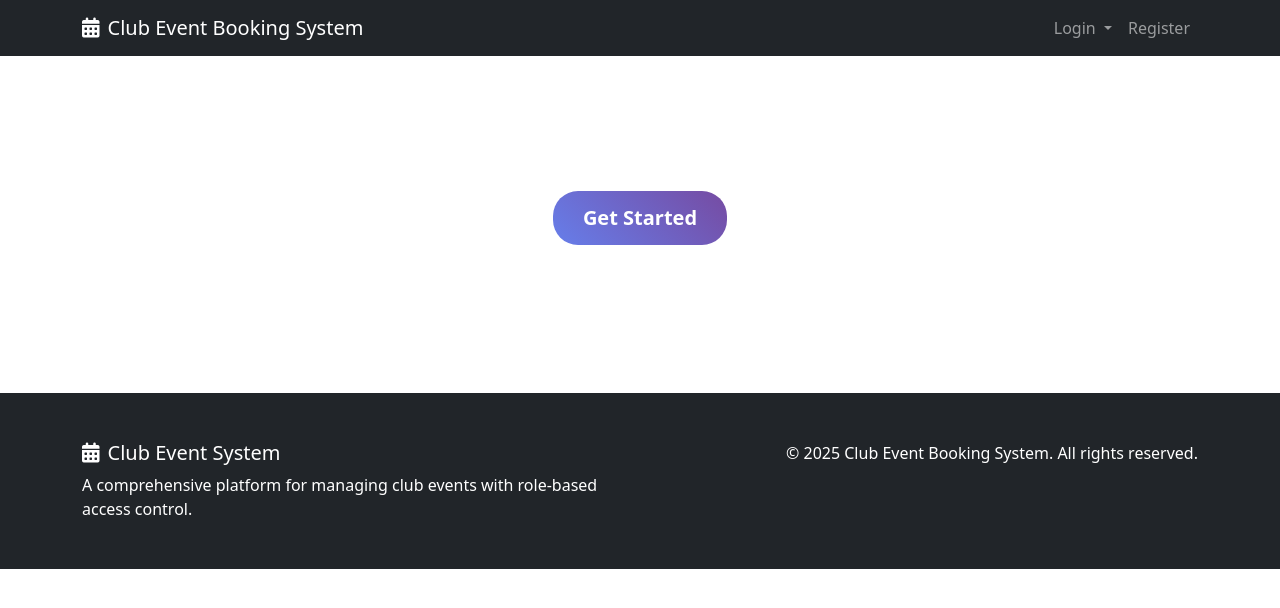
Repository: vipinsamy-sys/clubevent
Page: public/index.html
These files come from the project's save history. The page is drawn as it stood at one moment and after a run of saves; the edit follows.
The browser window is 1280 px wide. The pictures show the whole page.

Above is the page before, as saved 2025-10-20 14:30:14.

### public/index.html
<!DOCTYPE html>
<html lang="en">
<head>
    <meta charset="UTF-8">
    <meta name="viewport" content="width=device-width, initial-scale=1.0">
    <title>Club Event Booking System</title>
    <link href="https://cdn.jsdelivr.net/npm/bootstrap@5.3.3/dist/css/bootstrap.min.css" rel="stylesheet">
    <link rel="stylesheet" href="https://cdnjs.cloudflare.com/ajax/libs/font-awesome/6.5.0/css/all.min.css">
    <style>
        .main-section {
            background: linear-gradient(135deg, b 0%, #41136d 100%);
            color: white;
            padding: 100px 0;
            text-align: center;
        }
        .btn-custom {
            background: linear-gradient(45deg, #667eea, #764ba2);
            border: none;
            border-radius: 25px;
            padding: 12px 30px;
            color: white;
            font-weight: 600;
            transition: all 0.3s ease;
        }
        .btn-custom:hover {
            transform: translateY(-2px);
            box-shadow: 0 5px 15px rgba(0, 0, 0, 0.2);
            color: white;
        }

        /* Popup custom styling */
        .custom-modal {
            background: linear-gradient(135deg, #667eea, #764ba2);
            color: white;
            border-radius: 15px;
            box-shadow: 0 8px 25px rgba(0,0,0,0.3);
        }
        .custom-modal .btn-primary {
            background-color: #ff6b6b; /* Register button */
            border: none;
        }
        .custom-modal .btn-primary:hover {
            background-color: #ff4b4b;
        }
        .custom-modal .btn-secondary {
            background-color: #4caf50; /* Login button */
            border: none;
        }
        .custom-modal .btn-secondary:hover {
            background-color: #3e8e41;
        }
    </style>
</head>
<body>
    <!-- Navigation -->
    <nav class="navbar navbar-expand-lg navbar-dark bg-dark fixed-top">
        <div class="container">
            <a class="navbar-brand" href="#"><i class="fas fa-calendar-alt me-2"></i>Club Event Booking System</a>
            <button class="navbar-toggler" type="button" data-bs-toggle="collapse" data-bs-target="#navbarNav">
                <span class="navbar-toggler-icon"></span>
            </button>
            <div class="collapse navbar-collapse" id="navbarNav">
                <ul class="navbar-nav ms-auto">
                    <li class="nav-item dropdown">
                        <a class="nav-link dropdown-toggle" href="#" id="loginDropdown" role="button" data-bs-toggle="dropdown">
                            Login
                        </a>
                        <ul class="dropdown-menu">
                            <li><a class="dropdown-item" href="student-login.html"><i class="fas fa-user-graduate me-2"></i>Student Login</a></li>
                            <li><a class="dropdown-item" href="admin-login.html"><i class="fas fa-user-shield me-2"></i>Admin Login</a></li>
                            <li><a class="dropdown-item" href="faculty-login.html"><i class="fas fa-chalkboard-teacher me-2"></i>Faculty Login</a></li>
                        </ul>
                    </li>
                    <li class="nav-item">
                        <a class="nav-link" href="register.html">Register</a>
                    </li>
                </ul>
            </div>
        </div>
    </nav>

    <!-- Main Section -->
    <section class="main-section">
        <div class="container">
            <h1 class="display-4 fw-bold mb-4">Club Event Booking System</h1>
            <!-- Get Started Button triggers modal -->
            <button type="button" class="btn btn-custom btn-lg" data-bs-toggle="modal" data-bs-target="#getStartedModal">
                Get Started
            </button>
        </div>
    </section>

    <!-- Get Started Modal -->
    <div class="modal fade" id="getStartedModal" tabindex="-1" aria-labelledby="getStartedModalLabel" aria-hidden="true">
        <div class="modal-dialog modal-dialog-centered">
            <div class="modal-content custom-modal p-4">
                <div class="modal-header border-0">
                    <h5 class="modal-title" id="getStartedModalLabel">Welcome!</h5>
                    <button type="button" class="btn-close btn-close-white" data-bs-dismiss="modal" aria-label="Close"></button>
                </div>
                <div class="modal-body text-center">
                    <p class="mb-3">Select your role to login:</p>
                    <div class="d-flex justify-content-center gap-3 mb-3">
                        <a href="student-login.html" class="btn btn-secondary">Student</a>
                        <a href="admin-login.html" class="btn btn-secondary">Admin</a>
                        <a href="faculty-login.html" class="btn btn-secondary">Faculty</a>
                    </div>
                    <hr class="border-light">
                    <p class="mb-2">Or register if you are new:</p>
                    <a href="register.html" class="btn btn-primary">Register</a>
                </div>
            </div>
        </div>
    </div>

    <!-- Footer -->
    <footer class="bg-dark text-white py-5 mt-5">
        <div class="container">
            <div class="row">
                <div class="col-lg-6">
                    <h5><i class="fas fa-calendar-alt me-2"></i>Club Event System</h5>
                    <p class="mb-0">A comprehensive platform for managing club events with role-based access control.</p>
                </div>
                <div class="col-lg-6 text-lg-end">
                    <p class="mb-0">&copy; 2025 Club Event Booking System. All rights reserved.</p>
                </div>
            </div>
        </div>
    </footer>

    <script src="https://cdn.jsdelivr.net/npm/bootstrap@5.3.3/dist/js/bootstrap.bundle.min.js"></script>
</body>
</html>

After the next 3 saves:
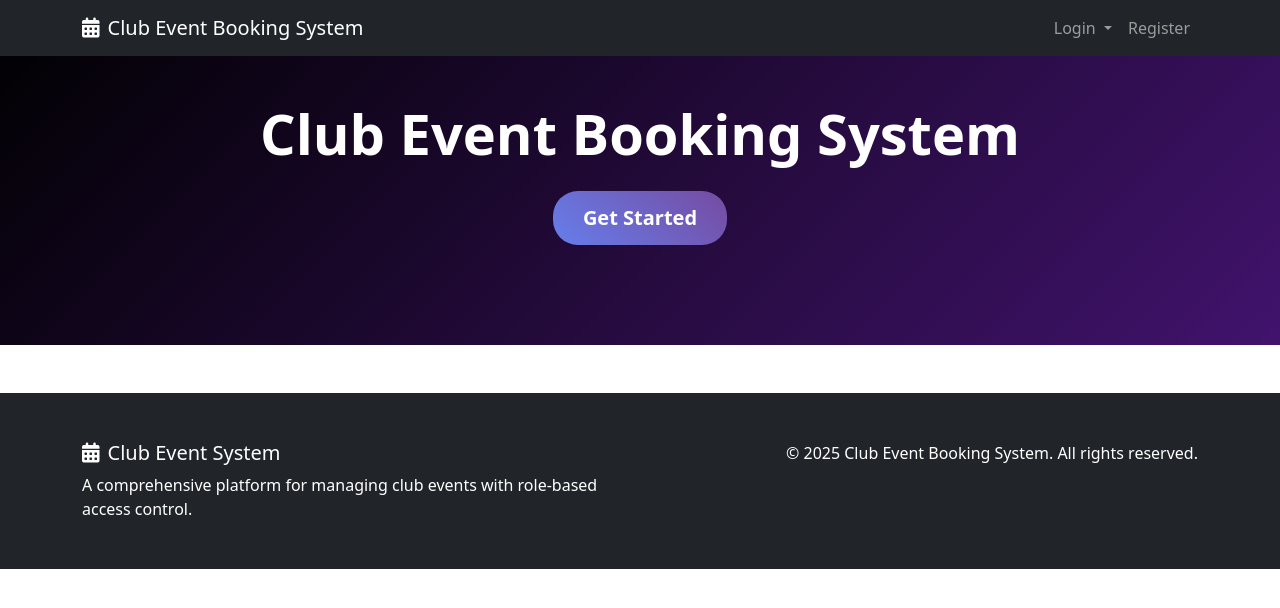
The 3 saves are shown as one change because they came seconds apart.
The last was saved 7 s later.
--- a/public/index.html
+++ b/public/index.html
@@ -8,7 +8,7 @@
     <link rel="stylesheet" href="https://cdnjs.cloudflare.com/ajax/libs/font-awesome/6.5.0/css/all.min.css">
     <style>
         .main-section {
-            background: linear-gradient(135deg, b 0%, #41136d 100%);
+            background: linear-gradient(135deg, black 0%, #41136d 100%);
             color: white;
             padding: 100px 0;
             text-align: center;
